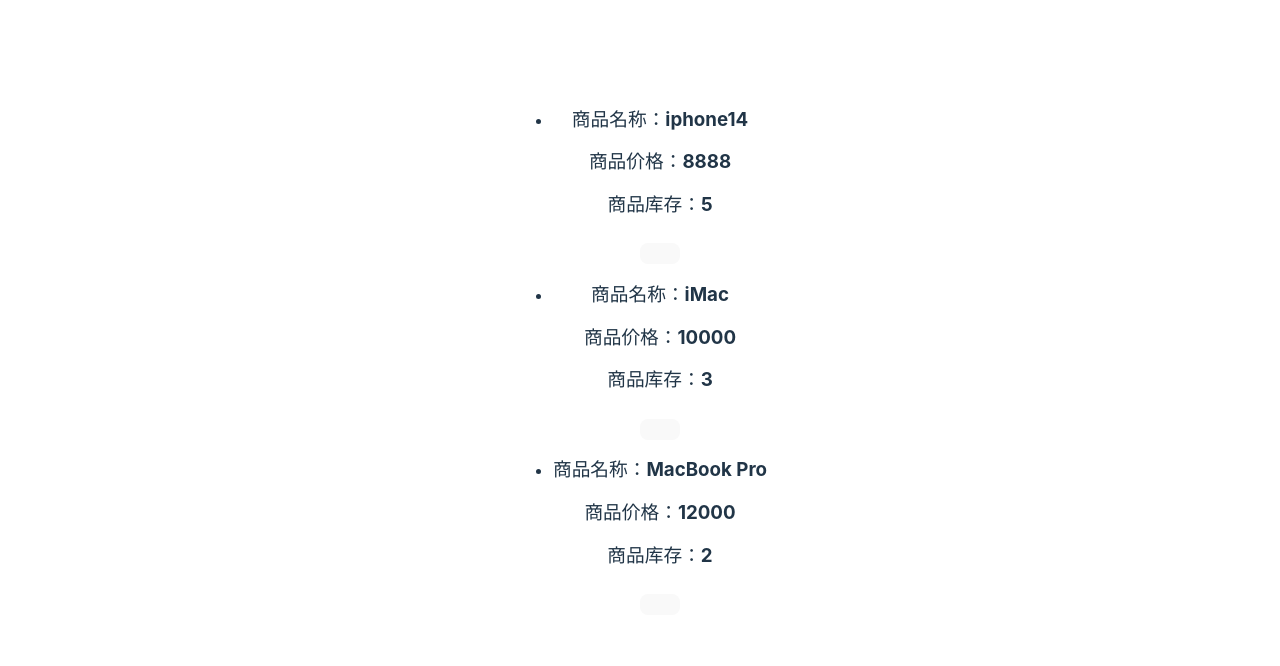
Repository: beautifulwhale/pinia-shopping-cart
Page: /
These files come from the project's save history. The page is drawn as it stood at one moment and after the next save; the edit follows.
The browser window is 1280 px wide. The pictures show the whole page.
The project was rebuilt for these pictures with package versions that can differ from the ones it lists, and the page was loaded fresh each time. Also part of the build but not shown: vite.config.ts.

Above is the page before, as saved 2022-10-18 22:09:17.

### src/main.ts
import { createApp } from 'vue'
import { pinia } from './store'
import './style.css'
import App from './App.vue'

const app = createApp(App)

app.use(pinia)
app.mount('#app')

### src/store/index.ts
import { createPinia } from "pinia";

export const pinia = createPinia()

### src/App.vue
<template>
  <product></product>
</template>

<script setup lang="ts">
// import product from '@/components/product'
import product from './components/product.vue'
</script>

### src/components/product.vue
<template>
    <ul>
        <li v-for="(item) in productStore.productList" :key="item.id">
            <h3>商品名称：{{item.name}}</h3>
            <h3>商品价格：{{item.price}}</h3>
            <h3>商品库存：{{item.inventory}}</h3>
            <button></button>
        </li>
    </ul>


</template>

<script setup lang="ts">
// import { storeToRefs } from 'pinia';
import { useProductStore } from '../store/product'
const productStore = useProductStore();
productStore.getProductList()
// const { productList } = storeToRefs(productStore)
</script>

### src/store/product.ts
import { defineStore } from "pinia";
import { reactive, ref } from "vue";
import { getProduct } from "../api";
import { Product } from "../config";

interface IState {
    productList: Product[]
}

export const useProductStore = defineStore('product', {
    state: (): IState => ({
        productList: [] as Product[]
    }),
    getters: {},
    actions: {
        async getProductList() {
            this.productList = await getProduct();
        }
    }
})

### src/api/index.ts
/**
 *
 * 模拟数据
 *
 */
import { product } from "../config";


// 获取数据
export async function getProduct() {
    await wait();
    return product
}

// 模拟异步
function wait(delay: number = 200) {
    return new Promise((resolve) => {
        setTimeout(resolve, delay);
    })
}

### src/config/index.ts
export interface Product {
    id: number,
    name: string,
    price: number,
    inventory: number
}

export const product: Product[] = [
    { id: 1, name: 'iphone14', price: 8888, inventory: 5 },
    { id: 2, name: 'iMac', price: 10000, inventory: 3 },
    { id: 3, name: 'MacBook Pro', price: 12000, inventory: 2 }
]

Loaded but not shown: index.html (common file); src/style.css (common file)

After the next save:
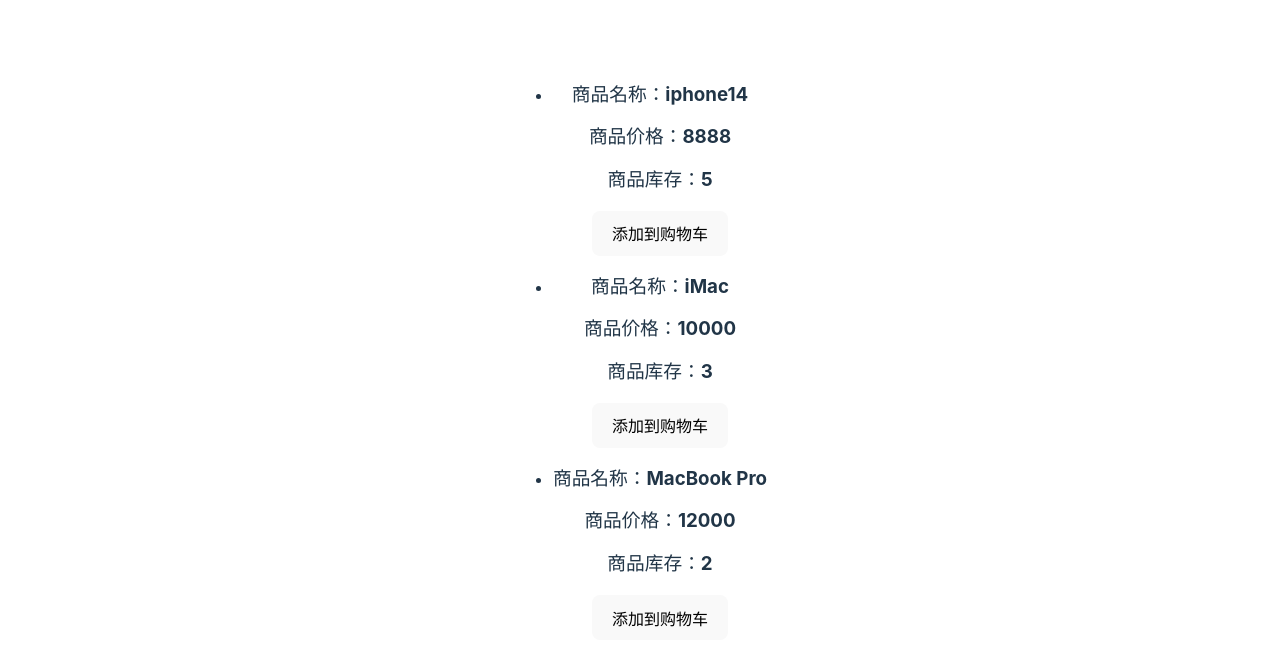
Saved 11 s later.
--- a/src/components/product.vue
+++ b/src/components/product.vue
@@ -4,7 +4,7 @@
             <h3>商品名称：{{item.name}}</h3>
             <h3>商品价格：{{item.price}}</h3>
             <h3>商品库存：{{item.inventory}}</h3>
-            <button></button>
+            <button>添加到购物车</button>
         </li>
     </ul>
 
